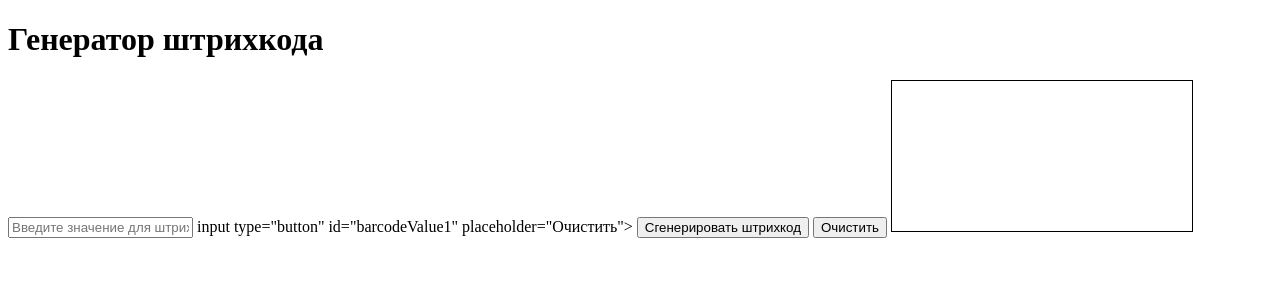
Repository: PavelBokun/barCode
Page: barcode2.html
An editor plug-in stored every save of this project. The page is shown before and after a run of saves, followed by the edit.
The browser window is 1280 px wide. The pictures show the whole page.

Above is the page before, as saved 2024-09-04 15:56:56.

### barcode2.html
<!DOCTYPE html>
<html lang="en">
<head>
<meta charset="UTF-8">
<meta name="viewport" content="width=device-width, initial-scale=1.0">
<title>Генератор штрихкода</title>
<!-- Подключаем библиотеку JsBarcode -->
<script src="https://cdn.jsdelivr.net/npm/jsbarcode@3.11.0/dist/JsBarcode.all.min.js"></script>
</head>
<body>
<h1>Генератор штрихкода</h1>
<input type="text" id="barcodeValue" placeholder="Введите значение для штрихкода">
input type="button" id="barcodeValue1" placeholder="Очистить">

<button onclick="generateBarcode()">Сгенерировать штрихкод</button>
<button onclick="clearBarcode()">Очистить</button>

<canvas id="barcode" style="border: 1px solid black;"></canvas>

<script>
function generateBarcode() {
    var barcodeValue = document.getElementById('barcodeValue').value;

    // Проверяем, что значение введено
    if (barcodeValue) {
        // Генерируем штрихкод
        JsBarcode("#barcode", barcodeValue, {
            format: "ean13",
            displayValue: true,
            fontSize: 14,
            width: 2,
            height: 50
        });
    } else {
        alert("Пожалуйста, введите значение для штрихкода.");
    }
}
function clearBarcode(){
    var barcodeValue1=document.getElementById('barcodeValue1').value
    console.log(barcodeValue1)
    barcodeValue1=undefined
    JsBarcode("#barcode", barcodeValue1, {
            format: "ean13",
            displayValue: true,
            fontSize: 14,
            width: 2,
            height: 50
        })
}
</script>
</body>
</html>

After the next 2 saves:
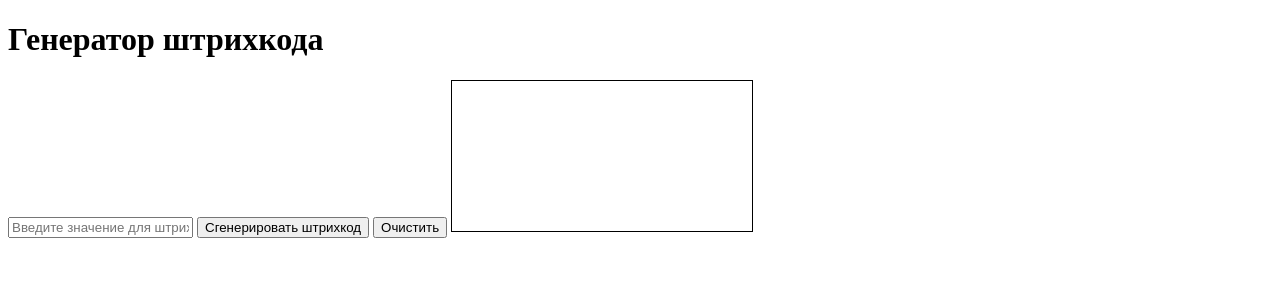
The 2 saves are shown as one change because they came seconds apart.
The last was saved 9 s later.
--- a/barcode2.html
+++ b/barcode2.html
@@ -10,8 +10,6 @@
 <body>
 <h1>Генератор штрихкода</h1>
 <input type="text" id="barcodeValue" placeholder="Введите значение для штрихкода">
-input type="button" id="barcodeValue1" placeholder="Очистить">
-
 <button onclick="generateBarcode()">Сгенерировать штрихкод</button>
 <button onclick="clearBarcode()">Очистить</button>
 
